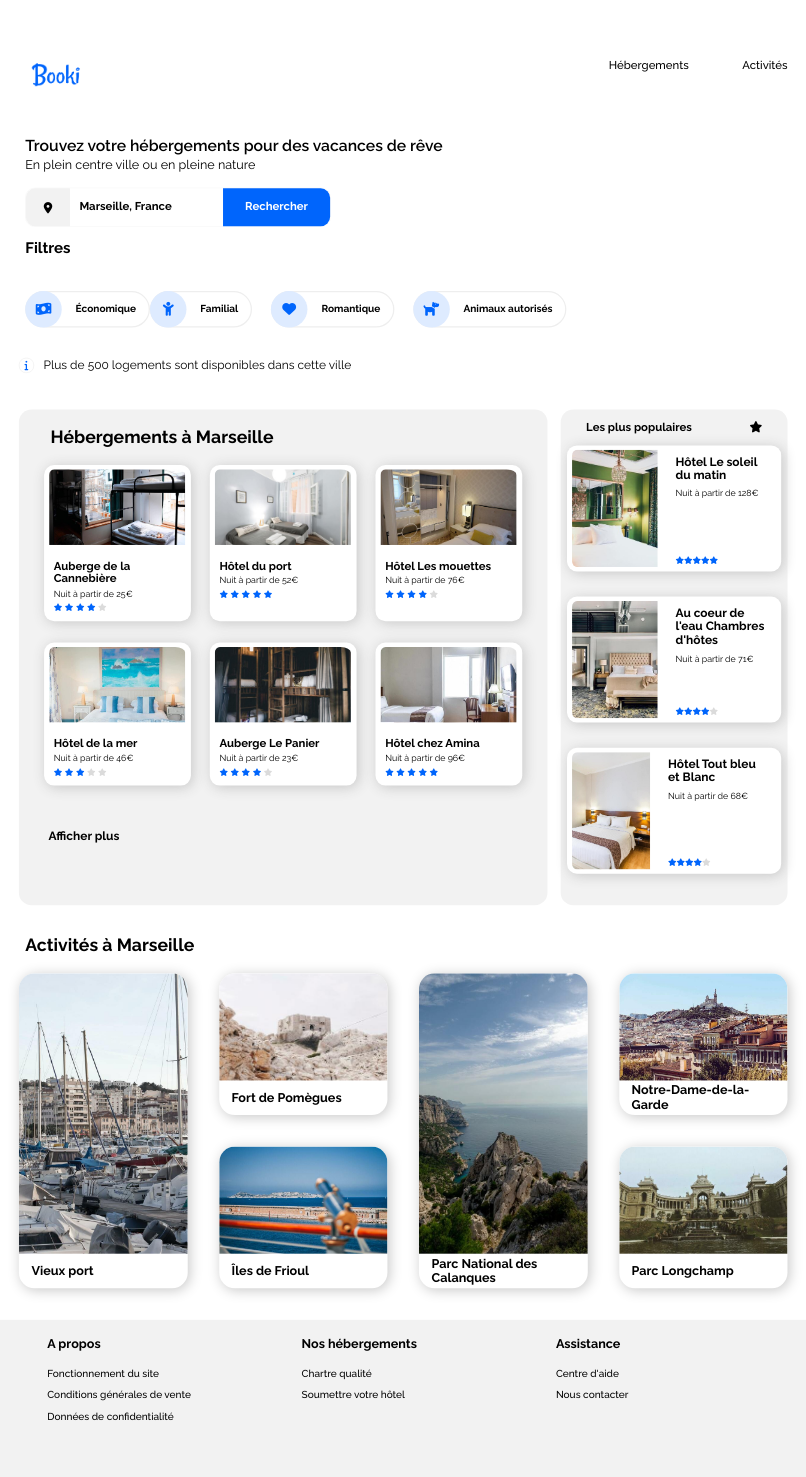
Repository: leandroBarbosaFR/booki
Page: index.html
The author's editor kept a copy of each file at every save. The page is drawn from the files as they stood at one save, then again after the next save.
The browser window is 1280 px wide. The pictures show the whole page, at 63% of full size.

Above is the page before, as saved 2022-07-22 16:09:38.

After the next save:
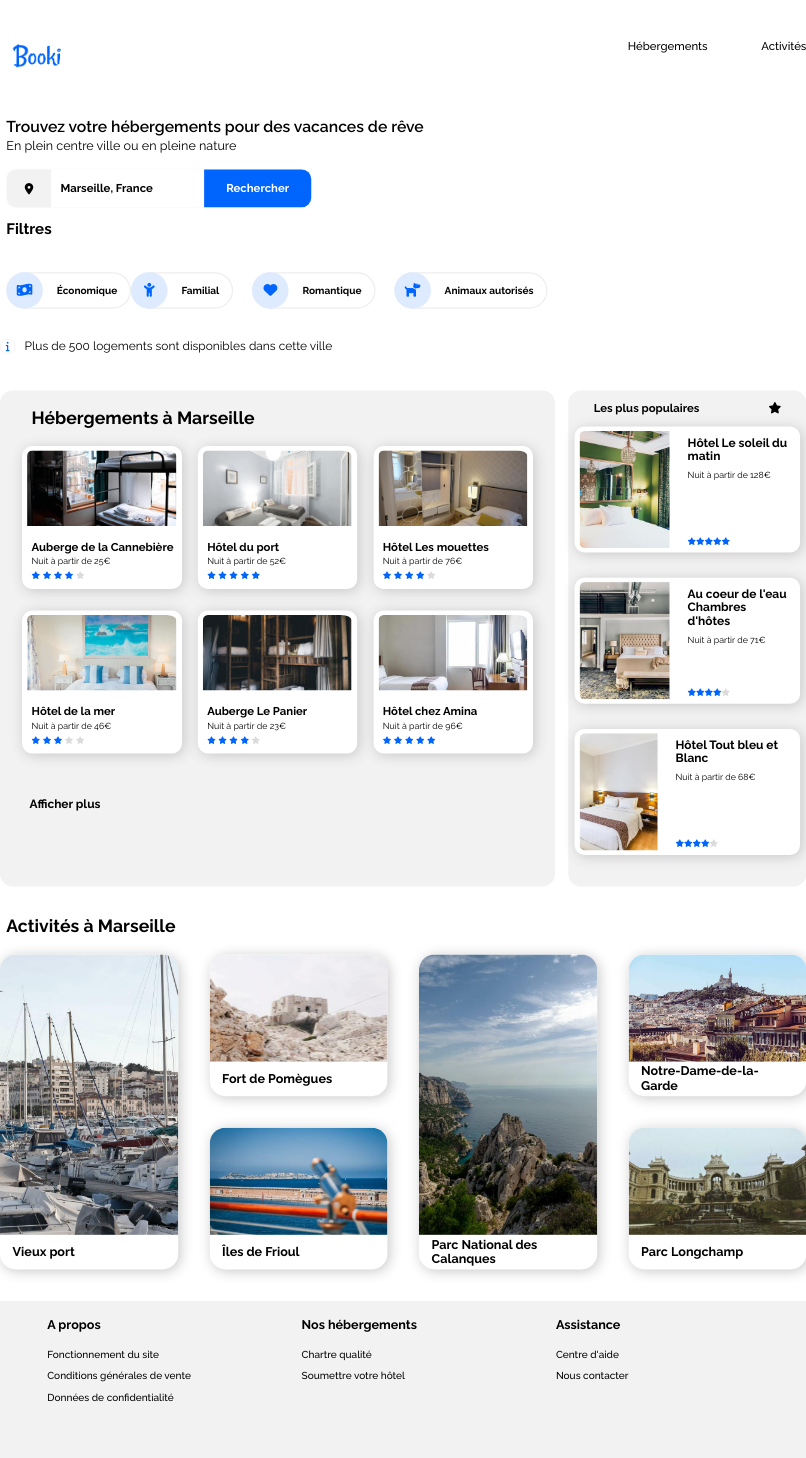
Saved 6 s later.
--- a/css/style.css
+++ b/css/style.css
@@ -586,9 +586,7 @@ body {
 }
 
 @media screen and (min-width: 992px) and (max-width: 1472px) {
-  .body {
-      margin: 30px;
-  }
+
   .bordures {
       gap: 21px;
   }
